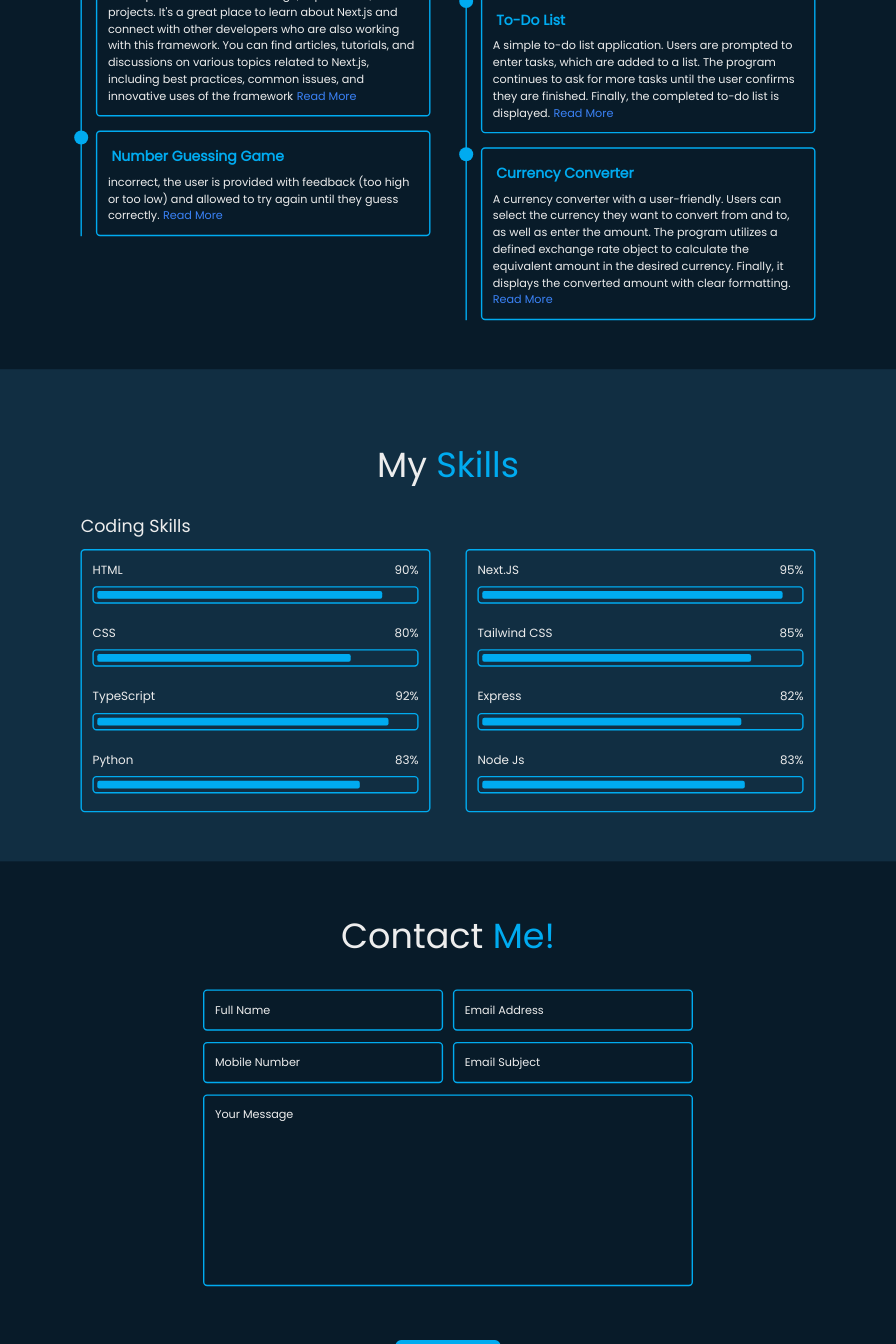
Repository: asadullah48/nextjs_projects_portfolio
Page: /
The author's editor kept a copy of each file at every save. The page is drawn from the files as they stood at one save, then again after a run of saves.
The browser window is 1280 px wide. The pictures show the part of the page from y = 2139 to 4059 px (the page is 4258 px tall before and 4330 px after), at 70% of full size.
The project was rebuilt for these pictures with package versions that can differ from the ones it lists, and the page was loaded fresh each time. The framework's server and built-in components were replaced by stand-ins that run in the browser. Also part of the build but not shown: next.config.ts.

Above is the page before, as saved 2024-11-13 14:45:21.

### src/app/layout.tsx
import type { Metadata } from "next";
import { Poppins } from "next/font/google";
import "./globals.css";
import Link from "next/link";
<Link  href='https://unpkg.com/boxicons@2.1.4/css/boxicons.min.css' rel='stylesheet'></Link>

const poppins = Poppins({ subsets: ["latin"], weight : '400' });

export const metadata: Metadata = {
  title: "Tayyab Portfolio",
  description: "Generated by Tayyab Khalid",
};

export default function RootLayout({
  children,
}: Readonly<{
  children: React.ReactNode;
}>) {
  return (
    <html lang="en">
      <body className={poppins.className}>

        {children}

        </body>
    </html>
  );
}

### src/app/page.tsx
"use client"
import Link from "next/link";
import Image from "next/image";
import LinkedInIcon from "@mui/icons-material/LinkedIn";
import GitHubIcon from "@mui/icons-material/GitHub";
import XIcon from "@mui/icons-material/X";
import ArrowUpwardIcon from "@mui/icons-material/ArrowUpward";
import { Menu } from "lucide-react";
import { useState } from "react";
import {
  Sheet,
  SheetContent,
  SheetDescription,
  SheetHeader,
  SheetTitle,
  SheetTrigger,
} from "@/components/ui/sheet";

export default function Home() {
  const [isSidebarOpen, setIsSidebarOpen] = useState(false);

  const closeSidebar = () => {
    setIsSidebarOpen(false);
  };

  return (
    <main>
      {/* ---------header------------ */}
     <header className={`header flex justify-end items-center transition-opacity duration-300 ${isSidebarOpen ? "opacity-50" : "opacity-100"}`}>
        <div>
          <Link href={"#home"} className="logo ">
            AsadullahShafique.
          </Link>
        </div>
        <nav className="navbar">
          <Sheet open={isSidebarOpen} onOpenChange={setIsSidebarOpen}>
            <SheetTrigger className="tablet:hidden">
              <Menu className="menu-icon mr-4" />
            </SheetTrigger>
            <SheetContent className="pt-4 text-3xl">
              <br />
              <br />
              <br />
              <Link href={"#home"} onClick={closeSidebar}>
                Home
              </Link>
              <br />
              <br />
              <br />
              <Link href={"#about"} onClick={closeSidebar}>
                About
              </Link>
              <br />
              <br />
              <br />
              <Link href={"#education"} onClick={closeSidebar}>
                Project
              </Link>
              <br />
              <br />
              <br />
              <Link href={"#skills"} onClick={closeSidebar}>
                Skills
              </Link>
              <br />
              <br />
              <br />
              <Link href={"#contact"} onClick={closeSidebar}>
                Contact
              </Link>
              <br />
            </SheetContent>
          </Sheet>
          <ul className="hidden tablet:flex gap-x-8 text-[1.7rem]">
            <li>
              <Link
                className="text-[var(--text-color)] font-bold ml-[3.5rem] transition duration-300 hover:text-[var(--main-color)]
active:text-[var(--main-color)]"
                href={"#home"}
              >
                Home
              </Link>
            </li>
            <li>
              <Link
                className="text-[var(--text-color)] font-bold ml-[3.5rem] transition duration-300 hover:text-[var(--main-color)]
active:text-[var(--main-color)]"
                href={"#about"}
              >
                About
              </Link>
            </li>
            <li>
              <Link
                className="text-[var(--text-color)] font-bold ml-[3.5rem] transition duration-300 hover:text-[var(--main-color)]
active:text-[var(--main-color)]"
                href={"#education"}
              >
                Project
              </Link>
            </li>
            <li>
              <Link
                className="text-[var(--text-color)] font-bold ml-[3.5rem] transition duration-300 hover:text-[var(--main-color)]
active:text-[var(--main-color)]"
                href={"#skills"}
              >
                Skills
              </Link>{" "}
            </li>
            <li>
              <Link
                className="text-[var(--text-color)] font-bold ml-[3.5rem] transition duration-300 hover:text-[var(--main-color)]
active:text-[var(--main-color)]"
                href={"#contact"}
              >
                Contact
              </Link>
            </li>
          </ul>
        </nav>
      </header>

      {/*-------------- home section-------------- */}

      <section className={`home bg-[url('../../public/fullSizeImge1.jpg')] bg-cover bg-center transition-opacity duration-300 ${isSidebarOpen ? "opacity-50" : "opacity-100"}`} id="home">
        <div className="home-content">
          <h1>
            Hi, I'm<span> Asadullah Shafique</span>{" "}
          </h1>
          <div className="text-animated">
            <h3>Textile Engineer Cum Full-Stack Developer</h3>
          </div>
          <p>
            I'm a passionate Full Stack Developer currently honing my skills at
            GIAIC. On the front-end, I've mastered Next.js and Tailwind CSS,
            creating responsive and dynamic user interfaces. As I continue my
            journey, I’m diving deeper into back-end technologies to build
            comprehensive, full-stack applications. Stay tuned as I continue to
            expand my skill set and bring innovative ideas to life!
          </p>

          <div className="btn-box">
            <Link
              href={
                "https://www.linkedin.com/in/asadullah-shafique-a00679325/"
              }
              className="btn" target="_blank"
            >
              Hire me
            </Link>
            <Link
              href={
                "https://www.youtube.com/@asadullahshafique4261"
              }
              className="btn" target="_blank"
            >
              Lets talk
            </Link>
          </div>
          <div className="flex-space-x-4 home-sci">
            <Link
              href="https://www.facebook.com/asadullah.shafique"
              target="_blank"
              rel="noopener noreferrer"
              className="bx-bx1-linkedin"
            >
              <LinkedInIcon className="icon" sx={{ fontSize: 25 }} />
            </Link>
            <Link
              href={"ttps://github.com/asadullah48"}
              target="_blank"
              className="bx-bx1-github"
            >
              <GitHubIcon className="icon" sx={{ fontSize: 25 }} />
            </Link>
            <Link
              href={"https://www.instagram.com/shafiqueasadullah/"}
              target="_blank"
              className="bx-bx1-x"
            >
              <XIcon className="icon" sx={{ fontSize: 25 }} />
            </Link>
          </div>
        </div>

        <div className="home-imgHover"></div>
      </section>

      {/* --------------About Section------------- */}

      <section className="about" id="about">
        <h2 className="heading">
          About <span>Me</span>
        </h2>

        <div className="about-image relative w-[25rem] h-[25rem] rounded-full flex justify-center items-center">
      <Image
        src="/dp.png"
        alt="Profile Image"
        width={225}
        height={225}
        className="Image rounded-full border-[.2rem] border-[var(--main-color)]"
      />
      <span className="circle-spin absolute"></span>
    </div>

        <div className="about-content">
          <h2>Full Stack Developer</h2>
          <p className="about-para">
          Welcome to my portfolio! I am Asadullah Shafique, Textile Engineer Cum a passionate full-stack developer
          and aspiring <span className="font-bold">CERTIFIED CLOUD APPLIED GENERATIVE AI ENGINEER.</span> My portfolio highlights a diverse array of projects crafted with cutting-edge technologies
          like Next.js. Through continuous learning and practical experience,
          I am dedicated to improving user experiences and addressing real-world challenges with innovative web solutions.

          </p>

          <div className="btn-box btns">
            <a href="#about" className="btn">
              Read More
            </a>
          </div>
        </div>
      </section>

      {/* -----------------------project section--------------------------- */}

      <section className="education" id="education">
        <h2 className="heading">
          My <span>Projects </span>
        </h2>

        <div className="education-row">
          <div className="education-column">
            {/* <h3 className="title">Education</h3> */}

            <div className="education-box">
              <div className="education-content">
                <div className="content">
                  <div className="year">
                    <h3>Resume Builder</h3>
                  </div>
                  <p>
                  A resume builder is an online tool designed to help you create professional resumes quickly and efficiently
                    <Link
                      href="https://hackathon-puce-six.vercel.app/"
                      className="text-blue-500 hover:underline ml-2"
                      target="_blank"
                    >
                      Read More
                    </Link>
                  </p>
                </div>
              </div>

              <div className="education-content">
                <div className="content">
                  <div className="year">
                    <h3>Dev Unity</h3>
                  </div>
                  <p>
                  The DEV Unity Community is a platform where developers share their knowledge, experiences, and projects.
                  It's a great place to learn about Next.js and connect with other developers
                  who are also working with this framework. You can find articles, tutorials, and discussions on various topics related to Next.js,
                  including best practices, common issues, and innovative uses of the framework
                    <Link
                      href="https://asadullahshafique-devunity.vercel.app/"              className="text-blue-500
                      hover:underline ml-2"
                      target="_blank"
                    >
                      Read More
                    </Link>
                  </p>
                </div>
              </div>

              <div className="education-content">
                <div className="content">
                  <div className="year">
                    <h3>Number Guessing Game</h3>
                  </div>
                  <p>
                   incorrect, the user is provided with feedback (too high or too low) and allowed to try again until they guess correctly.
                    <Link
                      href=""
                      className="text-blue-500 hover:underline ml-2"
                      target="_blank"
                    >
                      Read More
                    </Link>
                  </p>
                </div>
              </div>
            </div>
          </div>

          {/* --------------2nd column----------- */}

          <div className="education-column">
            {/* <h3 className="title">Experience</h3> */}
            <div className="education-box">
              <div className="education-content">
                <div className="content">
                  <div className="year">
                    <h3>ATM</h3>
                  </div>
                  <p>
                  This TypeScript code simulates a simple ATM with a command-line interface (CLI).
                  Users can choose to "Sign in" using predefined credentials. Upon successful login, they can check their balance, withdraw cash (limited by available funds), or choose pre-defined "Fast cash" amounts. The program uses inquirer for user prompts and chalk for colored output.
                    <Link
                      href="https://github.com/Tayyabkhalid993/PIAIC56/tree/main/NodeProjects/Project02_ATM"
                      className="text-blue-500
                      hover:underline ml-2"
                      target="_blank"
                    >
                      Read More
                    </Link>
                  </p>
                </div>
              </div>

              <div className="education-content">
                <div className="content">
                  <div className="year">
                    <h3>To-Do List</h3>
                  </div>
                  <p>
                  A simple to-do list application.
                  Users are prompted to enter tasks, which are added to a list. The program continues to ask for more tasks until the user confirms they are finished. Finally, the completed to-do list is displayed.
                    <Link
                      href="https://github.com/Tayyabkhalid993/PIAIC56/tree/main/NodeProjects/Project03_toDoList"
                      className="text-blue-500
                       hover:underline ml-2"
                      target="_blank"
                    >
                      Read More
                    </Link>
                  </p>
                </div>
              </div>

              <div className="education-content">
                <div className="content">
                  <div className="year">
                    <h3>Currency Converter</h3>
                  </div>
                  <p>
                  A currency converter with a user-friendly. Users can select the currency they want to convert from and to,
                  as well as enter the amount. The program utilizes a defined exchange rate object to calculate the equivalent amount in the desired currency. Finally, it displays the converted amount with clear formatting.
                    <Link
                      href="https://github.com/Tayyabkhalid993/PIAIC56/tree/main/NodeProjects/Other_Projects/Rock_Paper_sessior"
                      className="text-blue-500
                       hover:underline ml-2"
                      target="_blank"
                    >
                      Read More
                    </Link>
                  </p>
                </div>
              </div>
            </div>
          </div>
        </div>
      </section>

      {/* -----------------------skill section--------------------------- */}
      <section className="skills" id="skills">
        <h2 className="heading">
          {" "}
          My <span>Skills</span>
        </h2>
            <h3 className="skill-title">Coding Skills</h3>

        <div className="skills-row">
          <div className="skills-column">

            <div className="skills-box">
              <div className="skills-content">
                <div className="progress">
                  <h3>
                    HTML <span>90%</span>
                  </h3>
                  <div className="bar">
                    <span></span>
                  </div>
                </div>
                <div className="progress">
                  <h3>
                    CSS <span>80%</span>
                  </h3>
                  <div className="bar">
                    <span></span>
                  </div>
                </div>
                <div className="progress">
                  <h3>
                    TypeScript <span>92%</span>
                  </h3>
                  <div className="bar">
                    <span></span>
                  </div>
                </div>
                <div className="progress">
                  <h3>
                    Python <span>83%</span>
                  </h3>
                  <div className="bar">
                    <span></span>
                  </div>
                </div>
                  <div className="bar">
                    <span></span>
                  </div>
              </div>
            </div>
          </div>

          {/* ----------------------For another Column--------------------------- */}

          <div className="skills-column">
            {/* <h3 className="title">Professional Skills</h3> */}
            <div className="skills-box">
              <div className="skills-content">
                <div className="progress">
                  <h3>
                  Next.JS <span>95%</span>
                  </h3>
                  <div className="bar">
                    <span></span>
                  </div>
                </div>
                <div className="progress">
                  <h3>
                    Tailwind CSS <span>85%</span>
                  </h3>
                  <div className="bar">
                    <span></span>
                  </div>
                </div>
                <div className="progress">
                  <h3>
                    Express <span>82%</span>
                  </h3>
                  <div className="bar">
                    <span></span>
                  </div>
                </div>
                <div className="progress">
                  <h3>
                  Node Js <span>83%</span>
                  </h3>
                  <div className="bar">
                    <span></span>
                  </div>
                </div>
                  <div className="bar">
                    <span></span>
                </div>
              </div>
            </div>
          </div>
        </div>
      </section>

      <section className="contact" id="contact">
        <center></center>
        <h2 className="heading">
          Contact <span>Me!</span>
        </h2>

        <form action="#">
          <div className="input-box">
            <div className="input-field">
              <input type="text" placeholder="Full Name" required />
              <span className="focus"></span>
            </div>
            <div className="input-field">
              <input type="text" placeholder="Email Address" required />
              <span className="focus"></span>
            </div>
          </div>

          <div className="input-box">
            <div className="input-field">
              <input type="string" placeholder="Mobile Number" required />
              <span className="focus"></span>
            </div>
            <div className="input-field">
              <input type="text" placeholder="Email Subject" required />
              <span className="focus"></span>
            </div>
          </div>
          <div className="textarea-field">
            <textarea
              name=""
              id=""
              cols={30}
              rows={10}
              placeholder="Your Message"
              required
            ></textarea>
            <span className="focus"></span>
          </div>

          <div className="btn-box btns">
            <a href="#contact" className="btn">
              Submit
            </a>
          </div>
        </form>
      </section>

      {/* --------------footer-------------- */}

      <footer className="footer">
        <div className="footer-text">
          <p>Copyright &copy; 2024 by Tayyab | All Right Reserved.</p>
        </div>

        <div className="footer-iconTop">
          <Link href="/" className=" bg-cyan-500 bx-bx1-arrowUpWardIcon">
            <ArrowUpwardIcon className="icon" sx={{ fontSize: 25 }} />
          </Link>
        </div>
      </footer>
    </main>
  );
}

Loaded but not shown: src/lib/utils.ts (common file); tailwind.config.ts (common file); src/app/globals.css (833 lines, source omitted); src/components/ui/sheet.tsx (140 lines, source omitted)

After the next 2 saves:
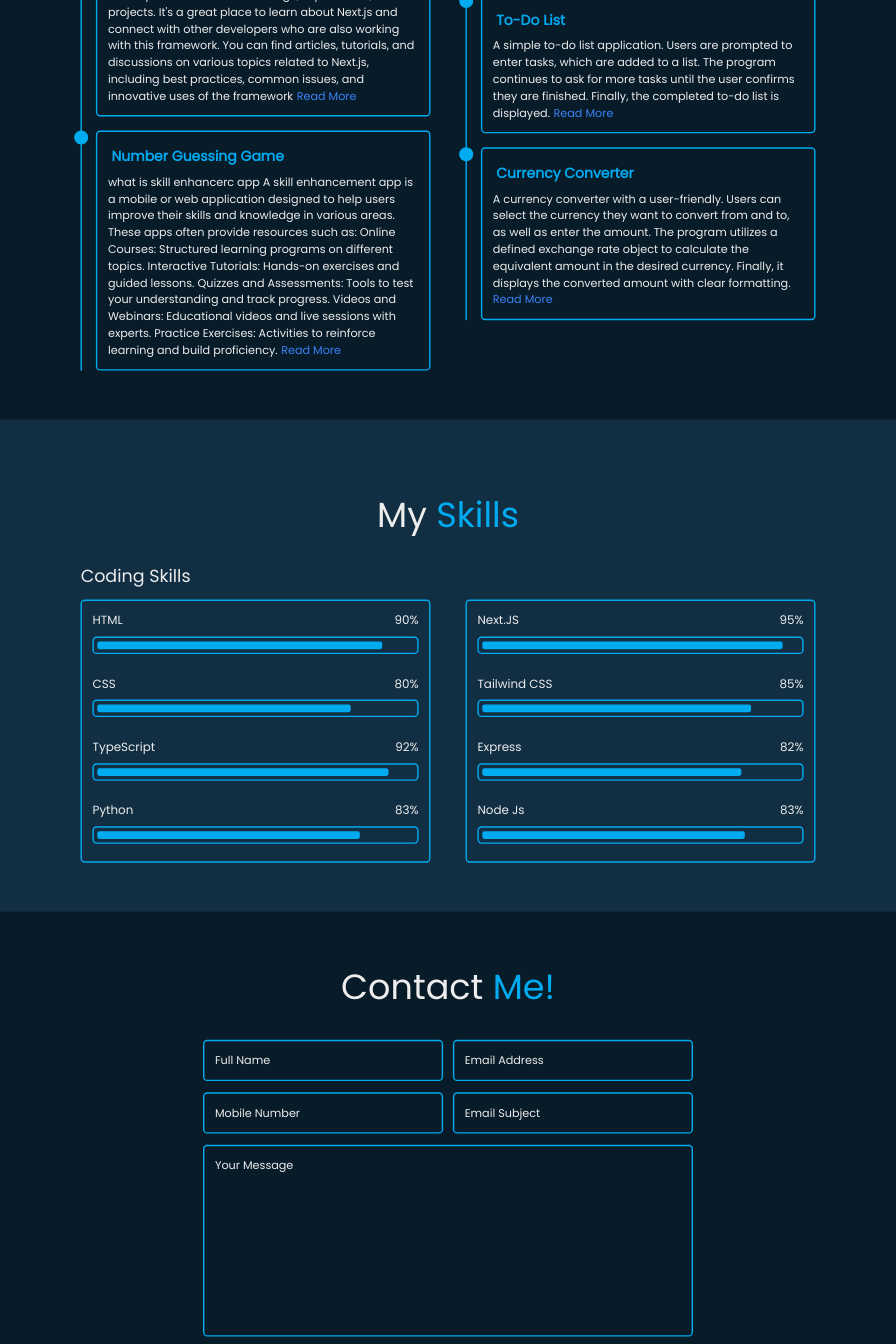
The 2 saves are shown as one change because they came seconds apart.
The last was saved 7 s later.
--- a/src/app/page.tsx
+++ b/src/app/page.tsx
@@ -280,7 +280,18 @@ active:text-[var(--main-color)]"
                     <h3>Number Guessing Game</h3>
                   </div>
                   <p>
-                   incorrect, the user is provided with feedback (too high or too low) and allowed to try again until they guess correctly.
+                  what is skill enhancerc app
+A skill enhancement app is a mobile or web application designed to help users improve their skills and knowledge in various areas. These apps often provide resources such as:
+
+Online Courses: Structured learning programs on different topics.
+
+Interactive Tutorials: Hands-on exercises and guided lessons.
+
+Quizzes and Assessments: Tools to test your understanding and track progress.
+
+Videos and Webinars: Educational videos and live sessions with experts.
+
+Practice Exercises: Activities to reinforce learning and build proficiency.
                     <Link
                       href=""
                       className="text-blue-500 hover:underline ml-2"
